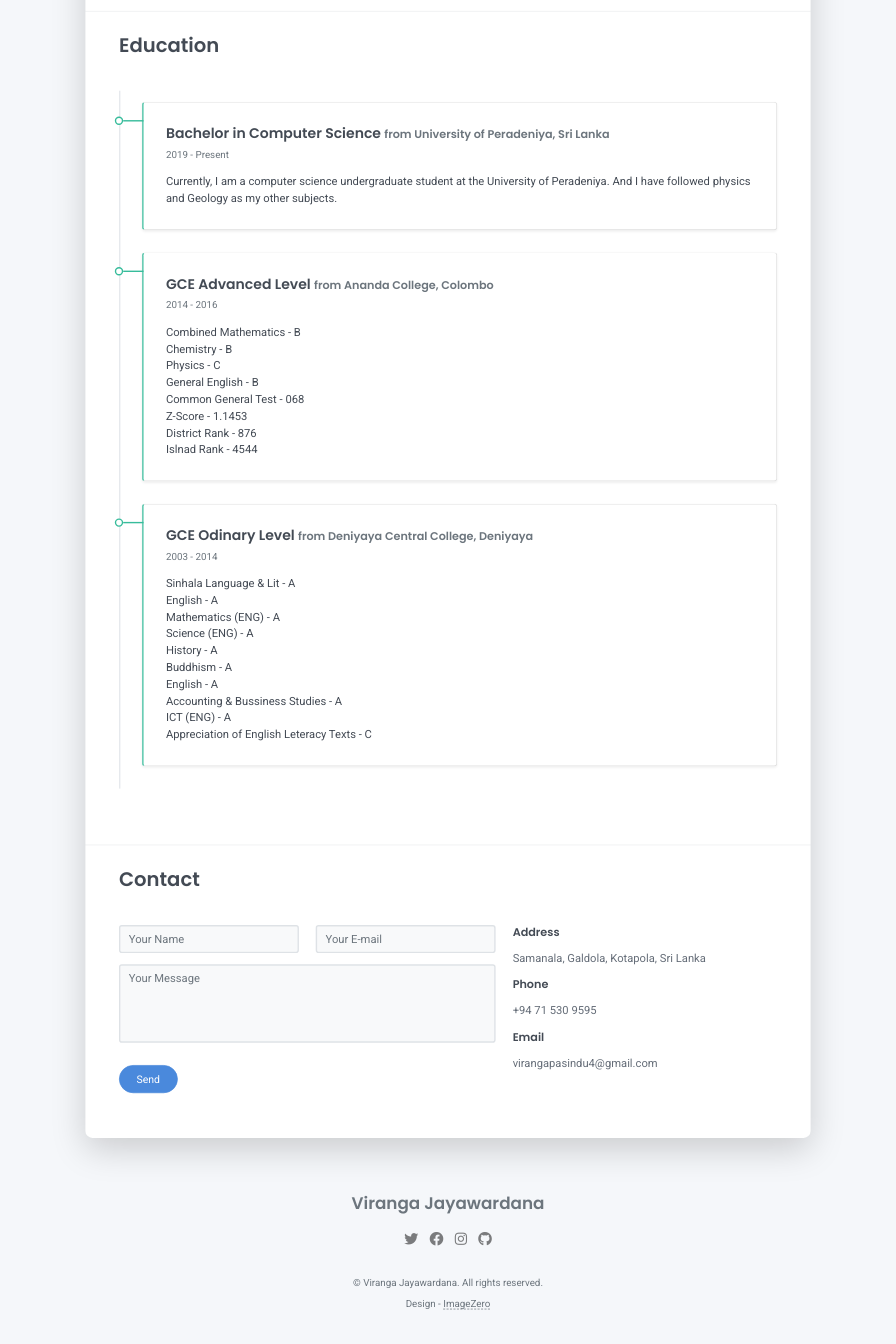
Repository: virangaj/resume
Page: index.html
The author's editor kept a copy of each file at every save. The page is drawn from the files as they stood at one save, then again after the next save.
The browser window is 1280 px wide. The pictures show the part of the page from y = 2752 to 4672 px (the page is 4672 px tall), at 70% of full size.

Above is the page before, as saved 2021-09-03 18:42:07.

After the next save:
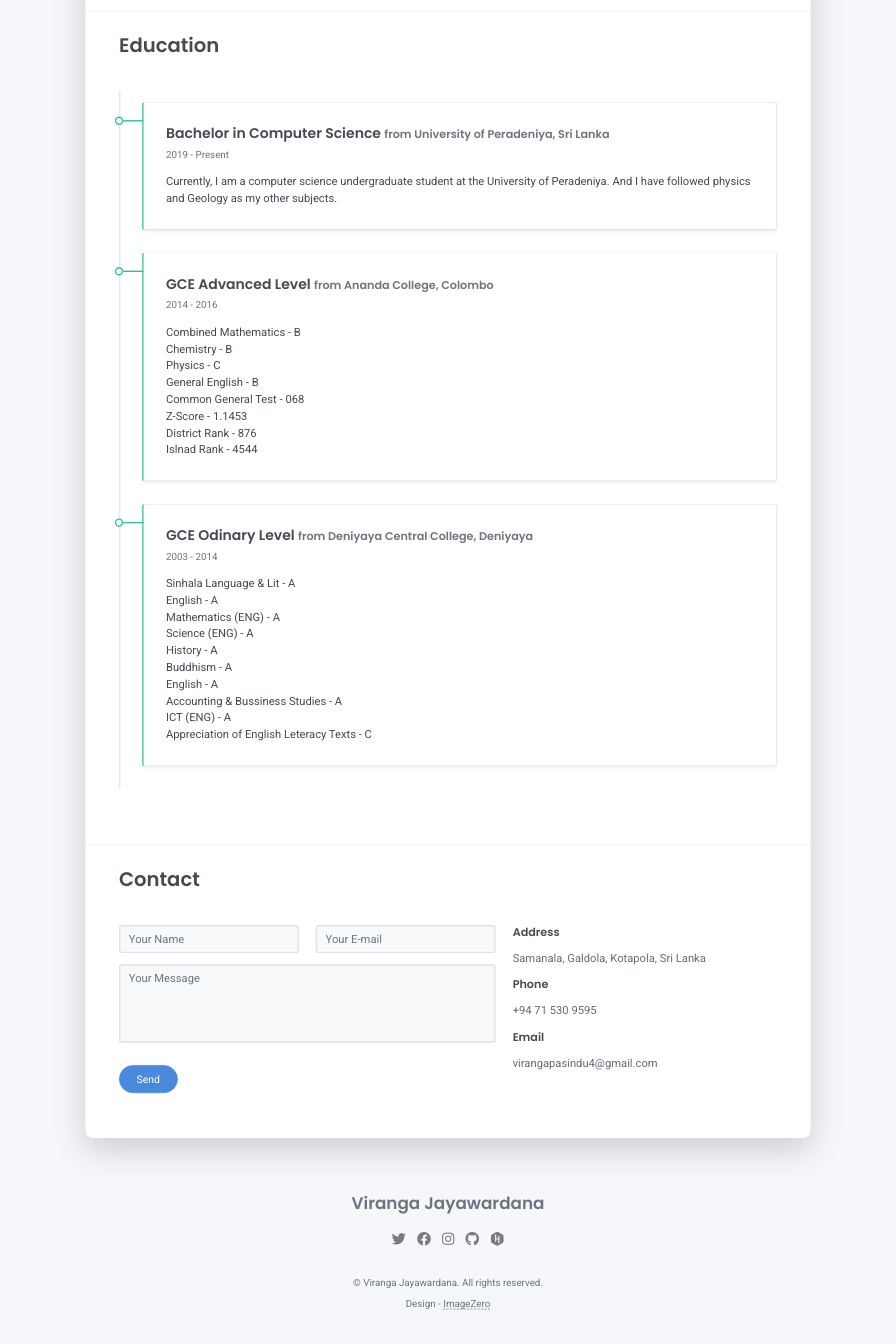
Saved 13 s later.
--- a/index.html
+++ b/index.html
@@ -740,6 +740,14 @@
 										><span class="menu-title sr-only">Github</span></a
 									>
 								</li>
+								<li class="nav-item">
+									<a
+										class="nav-link"
+										href="https://www.hackerrank.com/Viranga"
+										title="HackerRank"
+										><i class="fab fa-hackerrank"></i><span class="menu-title sr-only">HackerRank</span></a
+									>
+								</li>
 							</ul>
 						</nav>
 					</div>
